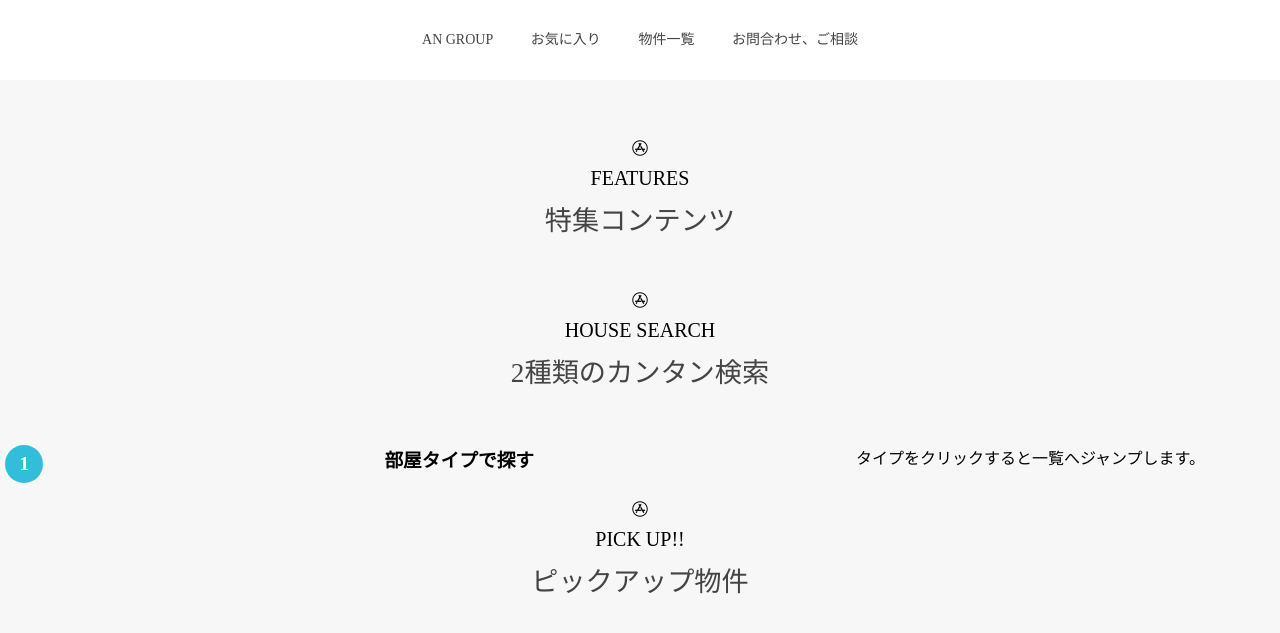
Repository: ninhdavid/real-estate
Page: index.html
An editor plug-in stored every save of this project. The page is shown before and after a run of saves, followed by the edit.
The browser window is 1280 px wide. The pictures show the whole page.
Some web libraries are served in a nearby version. The style sheet was rebuilt from its Sass, Less or Tailwind sources for each picture, by a compiler version that may differ from the author's.

Above is the page before, as saved 2022-05-10 21:07:01.

After the next 2 saves:
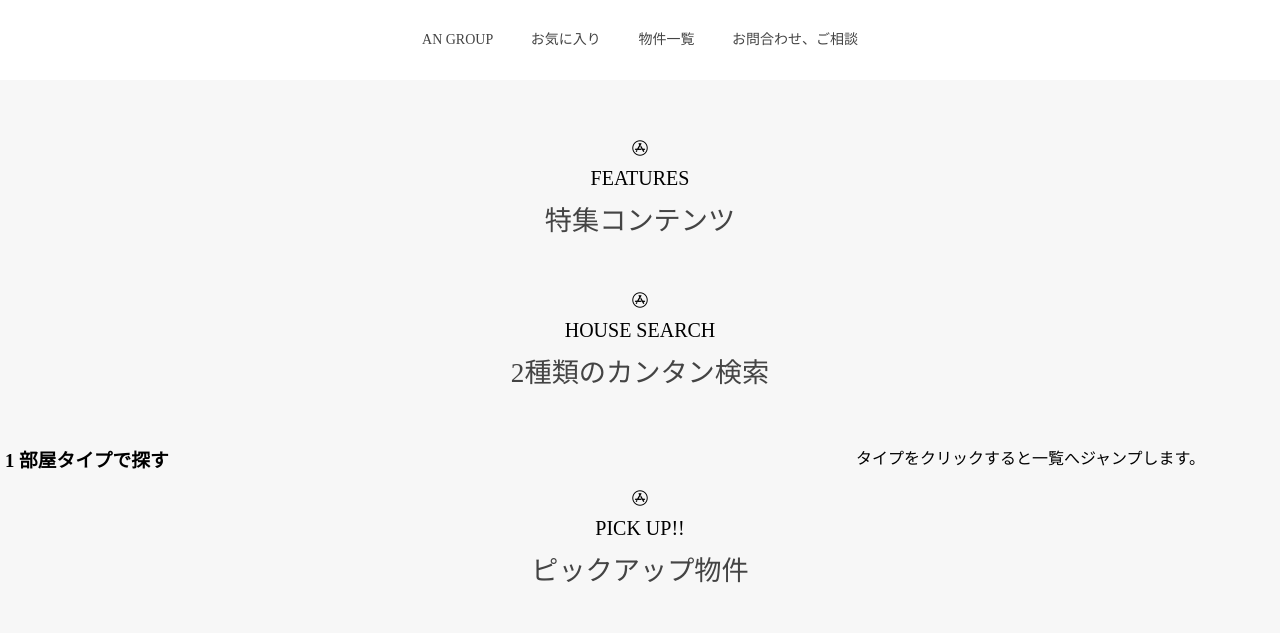
The 2 saves are shown as one change because they came seconds apart.
The last was saved 55 s later.
--- a/index.html
+++ b/index.html
@@ -44,8 +44,8 @@
                 <div class="content-area">
                     <div class="content-box">
                         <div class="title-area">
-                            <span>1</span>
-                            <h3>部屋タイプで探す</h3>
+                            <h3><span>1</span>
+                                部屋タイプで探す</h3>
                             <p>タイプをクリックすると一覧へジャンプします。</p>
                         </div>
                         <div class="tpye-list">
